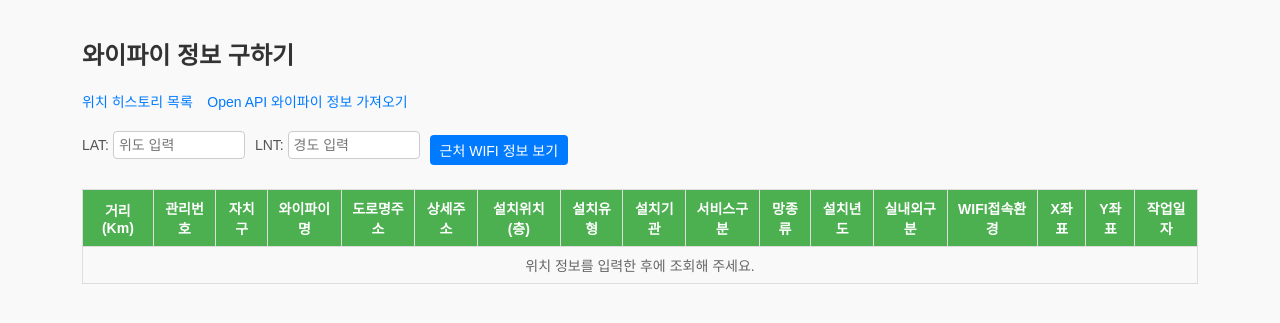
Repository: sangpyolee0/zerobase_task
Page: http://localhost/WifiProject/
The author's editor kept a copy of each file at every save. The page is drawn from the files as they stood at one save, then again after the next save.
The browser window is 1280 px wide. The pictures show the whole page.
The page is served by Tomcat 9.

Above is the page before, as saved 2024-12-08 16:23:51.

After the next save:
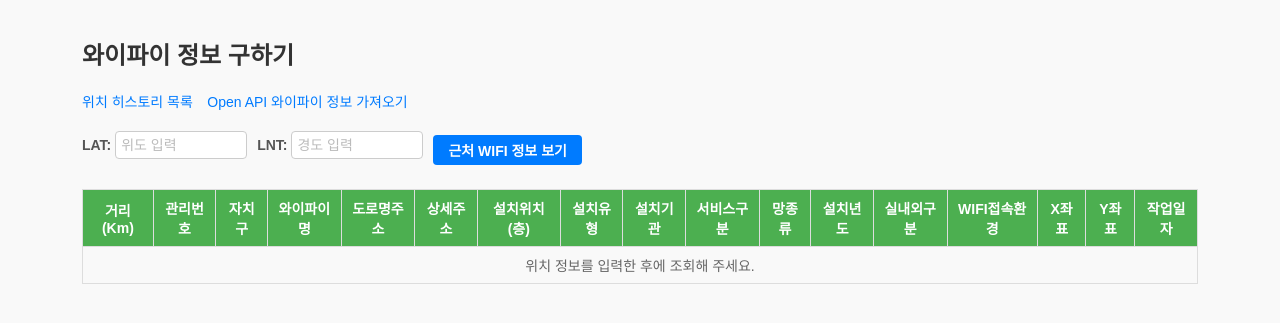
Saved 2 min 36 s later.
--- a/WifiProject/src/main/webapp/css/index.css
+++ b/WifiProject/src/main/webapp/css/index.css
@@ -39,6 +39,7 @@ form {
 form label {
     font-size: 14px;
     color: #555;
+    font-weight: bold;
 }
 
 form input {
@@ -49,14 +50,19 @@ form input {
     width: 120px;
 }
 
+form input::placeholder {
+    color: #bbb;
+}
+
 form button {
     background-color: #007BFF;
     color: #fff;
     border: none;
-    padding: 5px 10px;
+    padding: 5px 15px;
     font-size: 14px;
     border-radius: 4px;
     cursor: pointer;
+    font-weight: bold;
 }
 
 form button:hover {
@@ -79,6 +85,7 @@ table th, table td {
 table th {
     background-color: #4CAF50;
     color: white;
+    font-weight: bold;
 }
 
 table tr:nth-child(even) {
